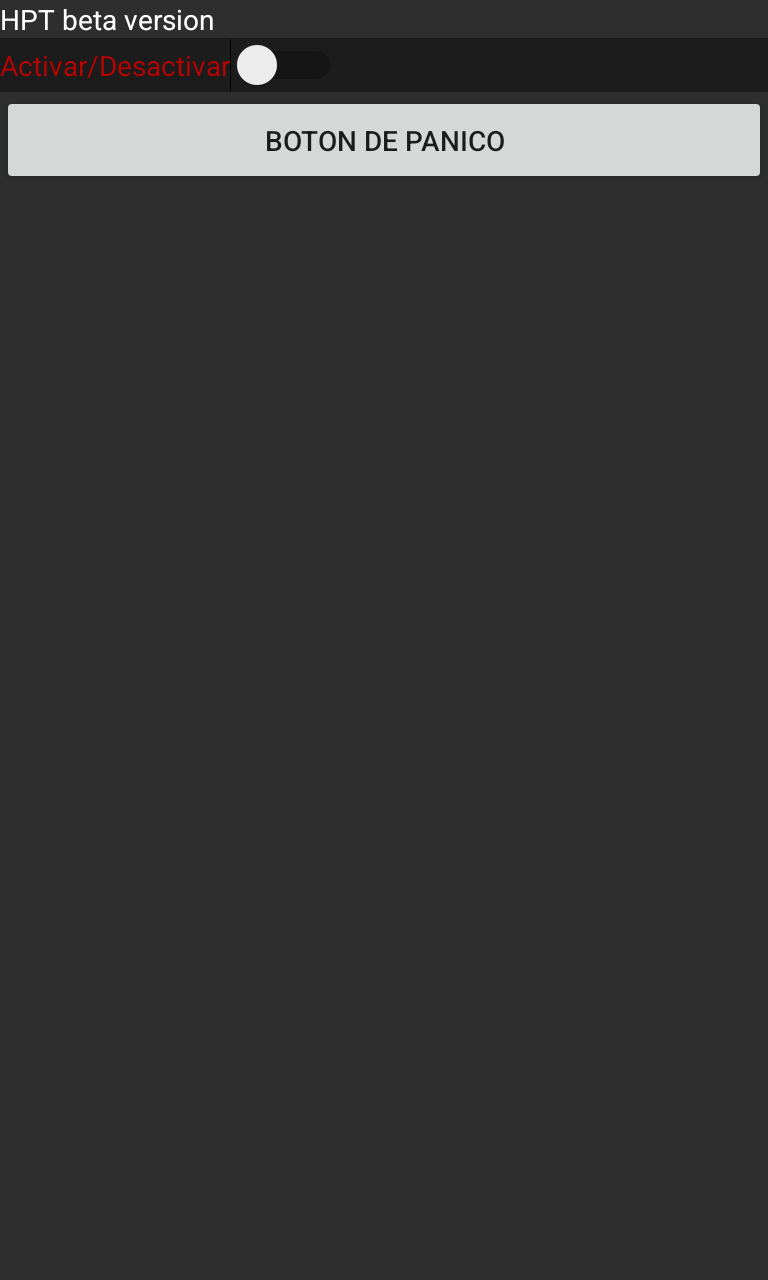
Repository: aludena18/android_apps
Layout: HunterPersonalTrack/res/layout/activity_main.xml
An editor plug-in stored every save of this project. The layout is shown before and after the next save, followed by the edit.
It is drawn on a 768 x 1280 px phone screen (xhdpi) without system bars, with theme AppTheme; the app's code is not run.

Above is the layout before, as saved 2015-10-14 20:21:36.

After the next save:
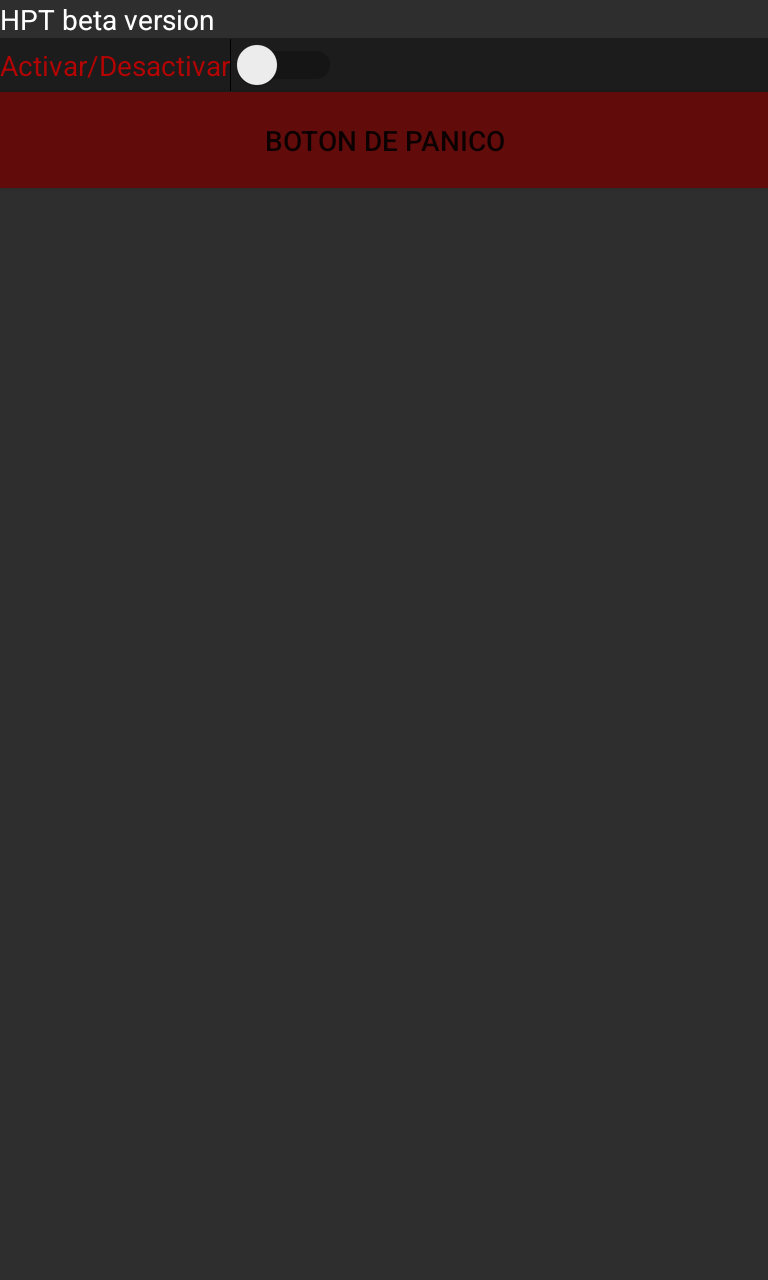
Saved 45 s later.
--- a/HunterPersonalTrack/res/layout/activity_main.xml
+++ b/HunterPersonalTrack/res/layout/activity_main.xml
@@ -30,6 +30,7 @@
         android:id="@+id/btnPanico"
         android:layout_width="match_parent"
         android:layout_height="wrap_content"
+        android:background="#610B0B"
         android:text="@string/etqBtnPanico"/>
 
 
